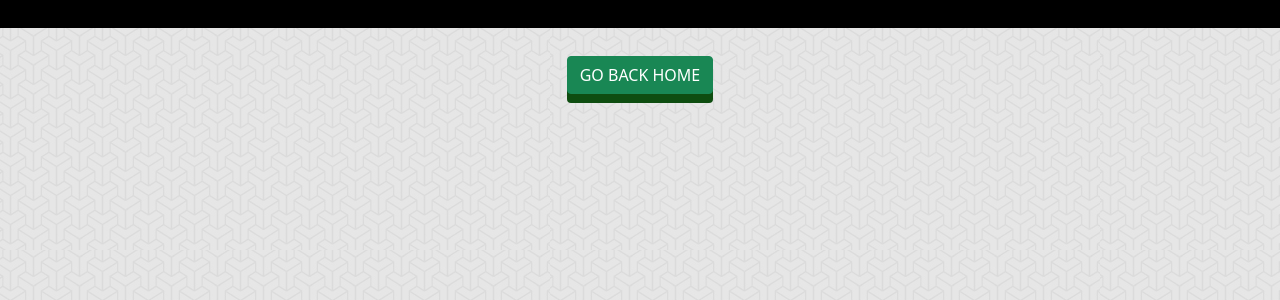
Repository: kavine24/CS490-Python-LMS
Page: html/portal/t/ReviewAndGradeExams.html
An editor plug-in stored every save of this project. The page is shown before and after the next save, followed by the edit.
The browser window is 1280 px wide. The pictures show the whole page.
The page's requests for data from a server got no answer.

Above is the page before, as saved 2022-04-19 19:32:47.

### html/portal/t/ReviewAndGradeExams.html
<!DOCTYPE html>
<html>
  <head>
    <title>Review Exam</title>
    <link rel="stylesheet" href="/style.css">

    <link href="https://cdn.jsdelivr.net/npm/bootstrap@5.1.3/dist/css/bootstrap.min.css" rel="stylesheet" integrity="sha384-1BmE4kWBq78iYhFldvKuhfTAU6auU8tT94WrHftjDbrCEXSU1oBoqyl2QvZ6jIW3" crossorigin="anonymous">
  </head>
  <body>
    <h1 id="header" class="header"></h1>
    <div class="d-flex justify-content-center" id="backDiv">
      <a id="goBackHome" href="http://cs490testcenter.ddns.net:50000/portal/t/Home.php">
        <button class= "btn btn-success examReviewButtons">GO BACK HOME</button>
      </a>
    </div>

    <script>
      function displayExams(){
        var requestType = 'GetExamTeacherFTM';
        const data = {requestType};

        const options = {
          method:'POST',
          headers: {
              "Content-type": "application/json; charset=UTF-8"
          },
          body: JSON.stringify(data)
        };

        fetch('http://cs490testcenter.ddns.net:50000/portal/frontBrowser.php', options)
        .then(response => {
          return response.json();
        })
        .then(data => {
          //console.log(data);

          for (const exam in data) {
            const div = document.createElement("div");
            div.setAttribute("class", "container");
            const examName = document.createTextNode(exam + ": ");
            div.appendChild(examName);

            otherButton = document.createElement("input");
            otherButton.setAttribute("type", "button");
            otherButton.setAttribute("class", "btn btn-success examReviewButtons");
            otherButton.value = "Grade All";


            otherButton.addEventListener("click", function(e){
              var requestType = 'AutoGradeExamFTM';
              var examName = exam;
              data = {examName, requestType}
              const options = {
                method:'POST',
                headers: {
                    "Content-type": "application/json; charset=UTF-8"
                },
                body: JSON.stringify(data)
              };
              fetch('http://cs490testcenter.ddns.net:50000/portal/frontBrowser.php', options)
              .then(response => {
                return response.json();
              })
              .then(data => {
                console.log(data);
                location.assign('http://cs490testcenter.ddns.net:50000/portal/t/ReviewAndGradeExams.html');
              })
              .catch((error) => {
                console.error('Error:', error);
              });
            });


            div.appendChild(otherButton);
            div.appendChild(document.createElement("br"));
            for(let i = 0; i < data[exam].length; i++){
              button = document.createElement("input")
              button.setAttribute("type", "button");
              button.setAttribute("class", "btn btn-success examReviewButtons");
              button.value = data[exam][i].firstName+ " " + data[exam][i].lastName + " Pts: " + data[exam][i].totalPoints;

              button.addEventListener("click", function(e){
                location.assign('http://cs490testcenter.ddns.net:50000/portal/t/ReviewExam.html?studentExamsID=' + data[exam][i].studentExamsID);
              });

              div.appendChild(button);
            }

            document.body.insertBefore(div, document.getElementById("backDiv"));
            document.body.insertBefore(document.createElement("br"), document.getElementById("backDiv"));
          }
        })
        .catch((error) => {
          console.error('Error:', error);
        });
      };

      displayExams();
    </script>

  </body>
</html>

### html/style.css
body {
  background-image: url(portal/pictures/background.jpg);
}

.header {
  color: #97BC62FF;
  background-color: black;
  padding: 14px 16px;
  margin-top: 0px;
}

.submit, .userSubmit, .examTakeButtons, .examReviewButtons {
  padding: 10px 10px;
  margin: 0px 0px 15px 0px;
  font-size: 20px;
  cursor: pointer;
  text-decoration: none;
  outline: none;
  color: #fff;
  background-color: #4CAF50;
  border: none;
  border-radius: 12px;
  box-shadow: 0 9px #0e4d10;
}

.submit:hover, .userSubmit:hover {
  background-color: #215f23;
  box-shadow: 0 9px #1f9923;
}

.submit:active, .userSubmit:active {
  box-shadow: 0 5px #1C7F20;
  transform: translateY(4px)
}

.panel-heading, .panel-title {
  border-color: #4CAF50 !important;
  background-color: #0e4d10 !important;
}

/* .panel-title th {
  border-color: #1f9923;
  background-color: #1C7F20;
} */

.btn-primary {
  background-color: #0e4d10 !important;
  border-color: #4CAF50 !important;
}

.btn-success {
  background-color: #198754 !important;
  border-color: #198754 !important;
}

#submit {
  margin: 20px 0px;
}

#goBackHome {
  margin: 20px 15px;
}

.filterable {
  margin-top: 15px;
}

.filterable .panel-heading .pull-right {
  margin-top: -20px;
}

.filterable .filters input[disabled] {
  background-color: transparent;
  border: none;
  cursor: auto;
  box-shadow: none;
  padding: 0;
  height: auto;
}
.filterable .filters input[disabled]::-webkit-input-placeholder {
  color: #333;
}
.filterable .filters input[disabled]::-moz-placeholder {
  color: #333;
}
.filterable .filters input[disabled]:-ms-input-placeholder {
  color: #333;
}

.container {
  background-color: #a2a2a2;
  background-image: url(portal/pictures/divimage.jpg);
  padding: 14px 16px;
}

.mainHeader {
  background-color: black;
  max-height: 70px;
  display: flex;
  flex-direction: row;
  align-items: center;
  flex-shrink: 0;
  justify-content: center;
  top: 0;
  width: 100%;
  border-bottom: solid 3px black;
}

.navLIST {
  margin-top: 20px;
  display: flex;
}

.navLIST li {
  display: inline-block;
  margin-left: 0;
  color: #97BC62FF;
}

.navLIST li a {
  background-color: black;
  text-decoration: none;
  border-left: 2px solid green;
  padding: 0px 25px;
}

.navLIST li a:hover {
  background-color: black;
  text-decoration: underline;
}

/* body {
  background-image: url(portal/pictures/background.jpg);
  text-align: center;
  margin: auto;
}

#indexLog, h1 {
  color: #97BC62FF;
  margin: 0;
  overflow: hidden;
  background-color: black;
  padding: 14px 16px;
  text-align: center;
}

.forms {
  text-align: center;
  display: inline-block;
  overflow-wrap: break-word;
}

.credentialStyle {
  color: #97BC62FF;
  margin: 0;
  padding: 0px 0px 20px;
  font-size: 20px;
  text-shadow: .5px .5px 0 #000;
}

.submit, .userSubmit, .examTakeButtons, .examReviewButtons {
  display: inline-block;
  padding: 15px 25px;
  font-size: 24px;
  cursor: pointer;
  text-align: center;
  text-decoration: none;
  outline: none;
  color: #fff;
  background-color: #4CAF50;
  border: none;
  border-radius: 12px;
  box-shadow: 0 9px #1C7F20;
  margin: 10px 0px;
}

.submit:hover, .userSubmit:hover {
  background-color: #3e8e41;
  box-shadow: 0 9px #1C7F20;
}

.submit:active, .userSubmit:active {
  box-shadow: 0 5px #1C7F20;
  transform: translateY(4px)
}

#createQuestionForm {
  padding: 10px;
  text-align: center;
}

div {
  border-radius: 5px;
  background-color: #a2a2a2;
  background-image: url(portal/pictures/divimage.jpg);
  padding: 20px;
  text-align: center;
  display: inline-block;
  max-width: 750px;
}

.centered {
  position: absolute;
  top: 50%;
  left: 50%;
  transform: translate(-50%, -50%);
  text-align: center;
  display: inline-block;
}

.centeredsearch {
  position: absolute;
  top: 15%;
  left: 50%;
  transform: translate(-50%, -50%);
  text-align: center;
  display: inline-block;
}

.left {
  left: 0;
  display: inline-block;
}


.right {
  right: 0;
  display: inline-block;
}

.split {
  height: 100%;
  width: 50%;
  position: absolute;
}
table , th, td{
  border: 1px solid;
  width: 100%;
} */

After the next save:
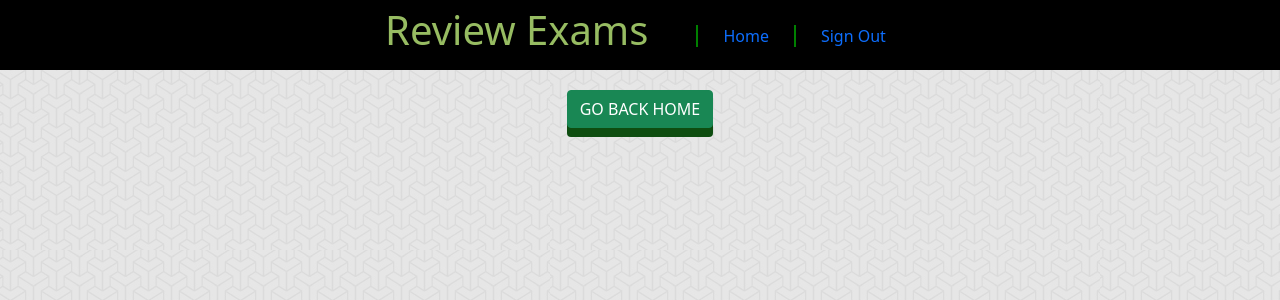
Saved 21 s later.
--- a/html/portal/t/ReviewAndGradeExams.html
+++ b/html/portal/t/ReviewAndGradeExams.html
@@ -7,7 +7,15 @@
     <link href="https://cdn.jsdelivr.net/npm/bootstrap@5.1.3/dist/css/bootstrap.min.css" rel="stylesheet" integrity="sha384-1BmE4kWBq78iYhFldvKuhfTAU6auU8tT94WrHftjDbrCEXSU1oBoqyl2QvZ6jIW3" crossorigin="anonymous">
   </head>
   <body>
-    <h1 id="header" class="header"></h1>
+    <header class="mainHeader">
+      <h1 id="header" class="header">Review Exams</h1>
+      <ul class="navLIST">
+          <li><a href="http://cs490testcenter.ddns.net:50000/portal/t/Home.php">Home</a></li>
+          <li><a href="http://cs490testcenter.ddns.net:50000">Sign Out</a></li>
+        </ul>
+      <br>
+    </header>
+
     <div class="d-flex justify-content-center" id="backDiv">
       <a id="goBackHome" href="http://cs490testcenter.ddns.net:50000/portal/t/Home.php">
         <button class= "btn btn-success examReviewButtons">GO BACK HOME</button>
